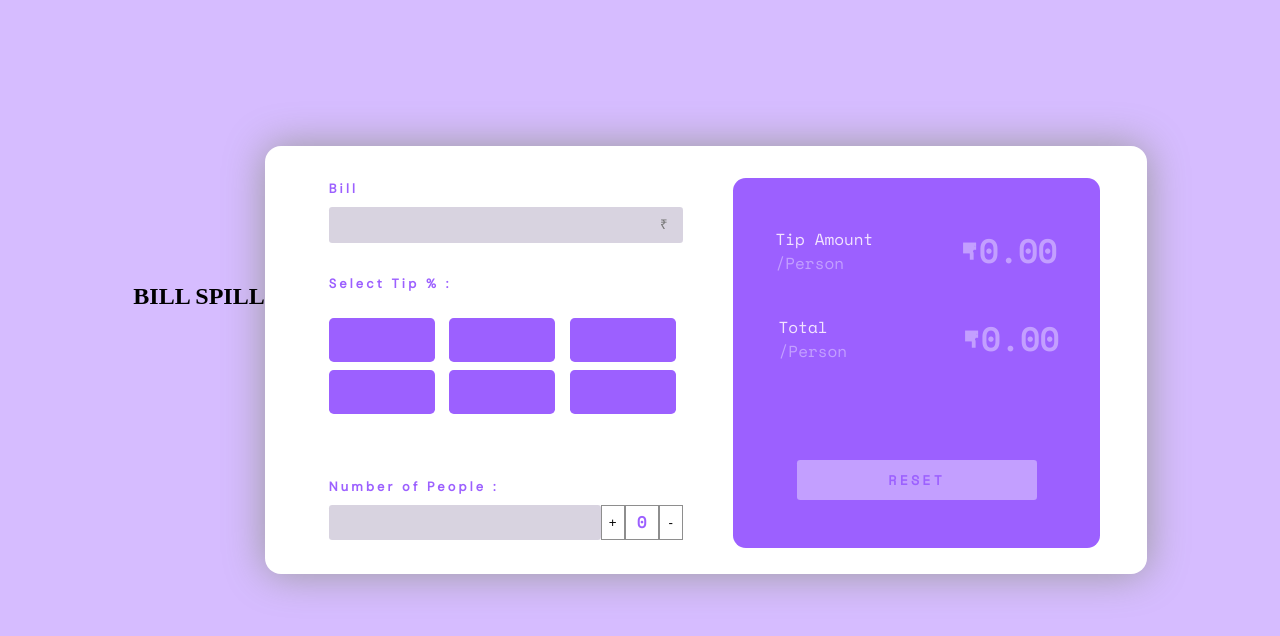
Repository: drumsmanku/micro-project-3
Page: index.html
These files come from the project's save history. The page is drawn as it stood at one moment and after the next save; the edit follows.
The browser window is 1280 px wide. The pictures show the whole page.

Above is the page before, as saved 2023-04-17 21:01:04.

After the next save:
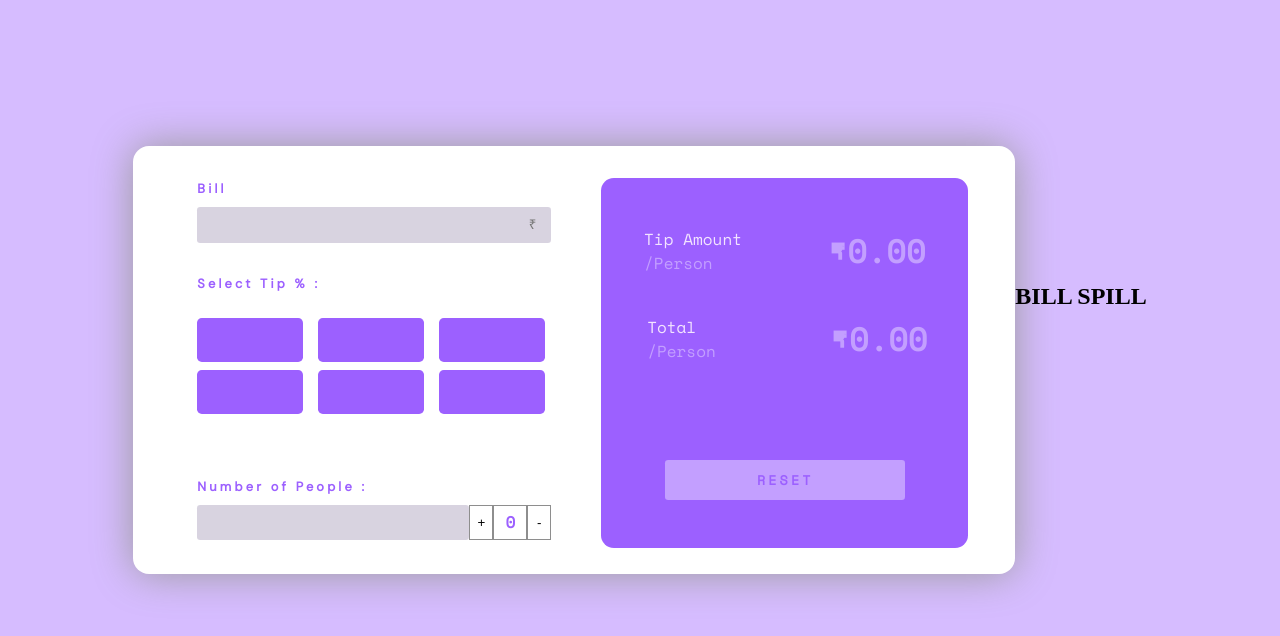
Saved 39 s later.
--- a/index.html
+++ b/index.html
@@ -9,7 +9,7 @@
 </head>
 <body>
   <main>
-    <h2>BILL SPILL</h2>
+
     <div class="entire-container">
       <div class="left-inside-container">
           <label for="amount">Bill</label>
@@ -58,6 +58,7 @@
         <input type="button" value="RESET">
       </div>
     </div>
+    <h2>BILL SPILL</h2>
   </main>
 </body>
 </html>
